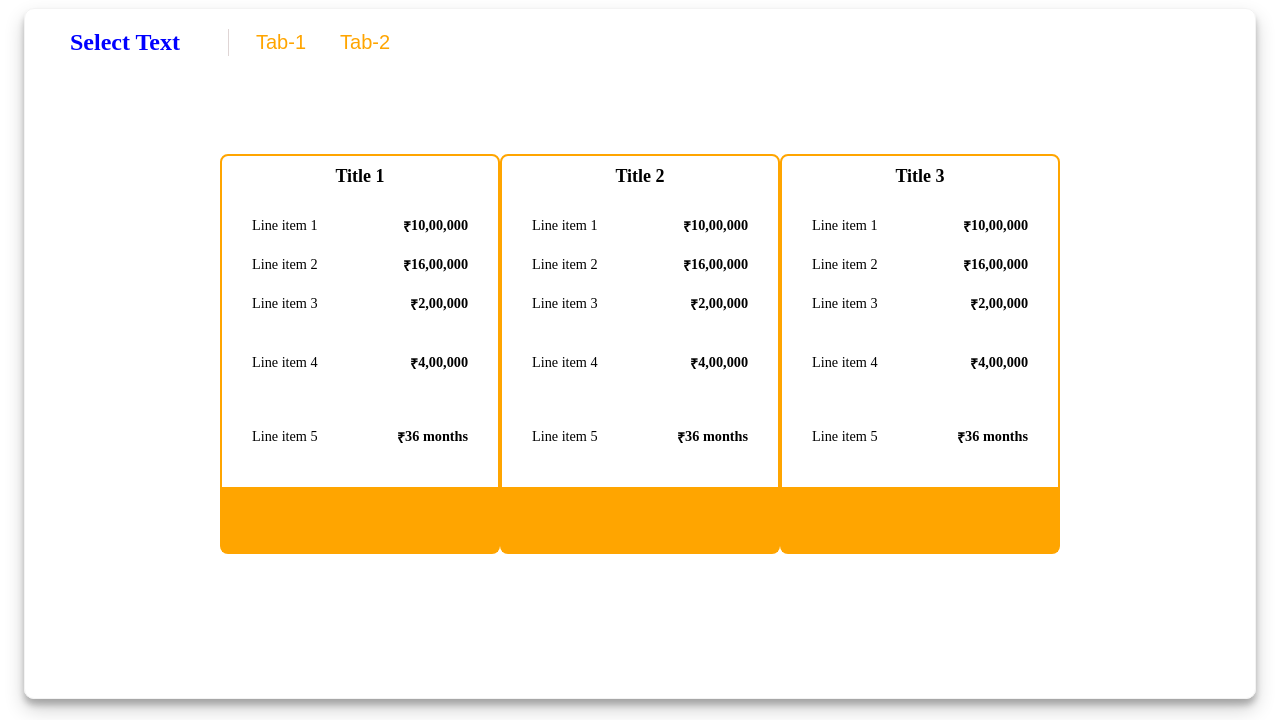
Repository: Adityanarayan-tiwari/Cardbox
Page: index.html
The author's editor kept a copy of each file at every save. The page is drawn from the files as they stood at one save, then again after a run of saves.
The browser window is 1280 px wide. The pictures show the whole page.

Above is the page before, as saved 2020-07-25 13:02:08.

After the next 2 saves:
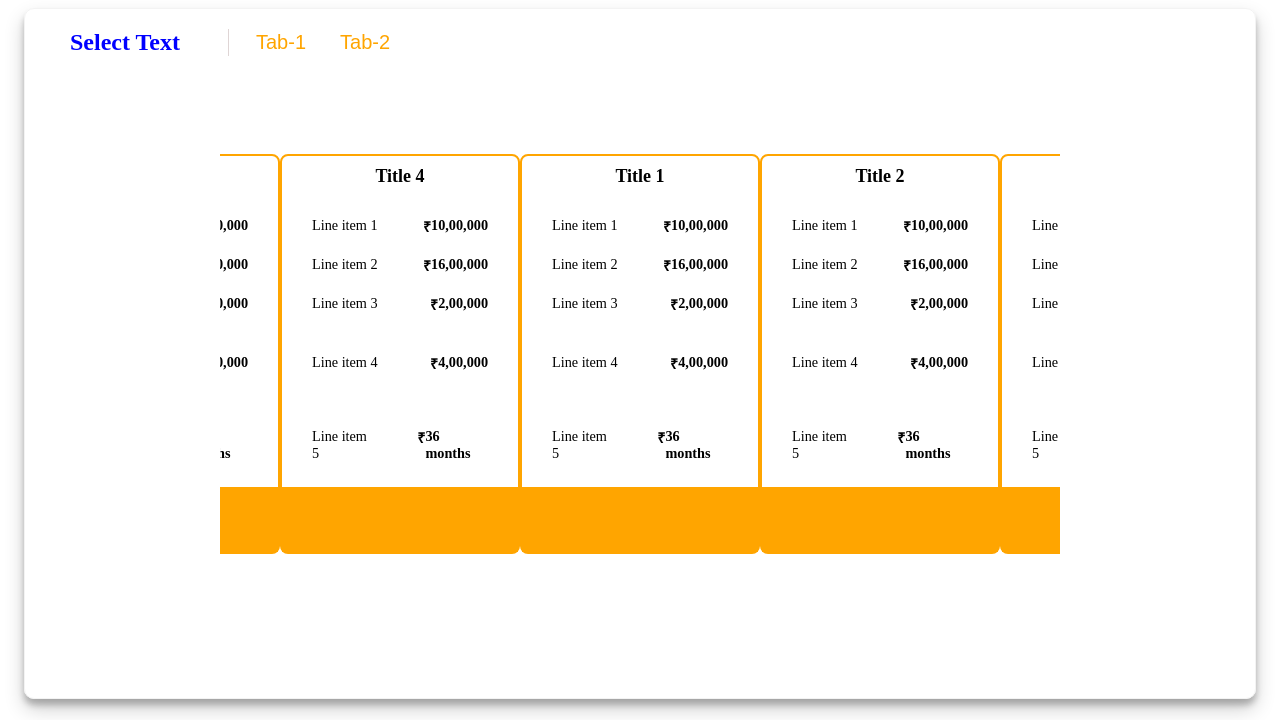
The 2 saves are shown as one change because they came seconds apart.
The last was saved 96 s later.
--- a/index.js
+++ b/index.js
@@ -2,6 +2,8 @@ $(document).ready(function(){
     $('.card-wrapper').slick({
     slidesToShow: 3,
     slidesToScroll: 1,
+    centerMode: true,
+    centerPadding: '60px',
     nextArrow:$('.next'),
     prevArrow:$('.prev'),
     responsive: [
